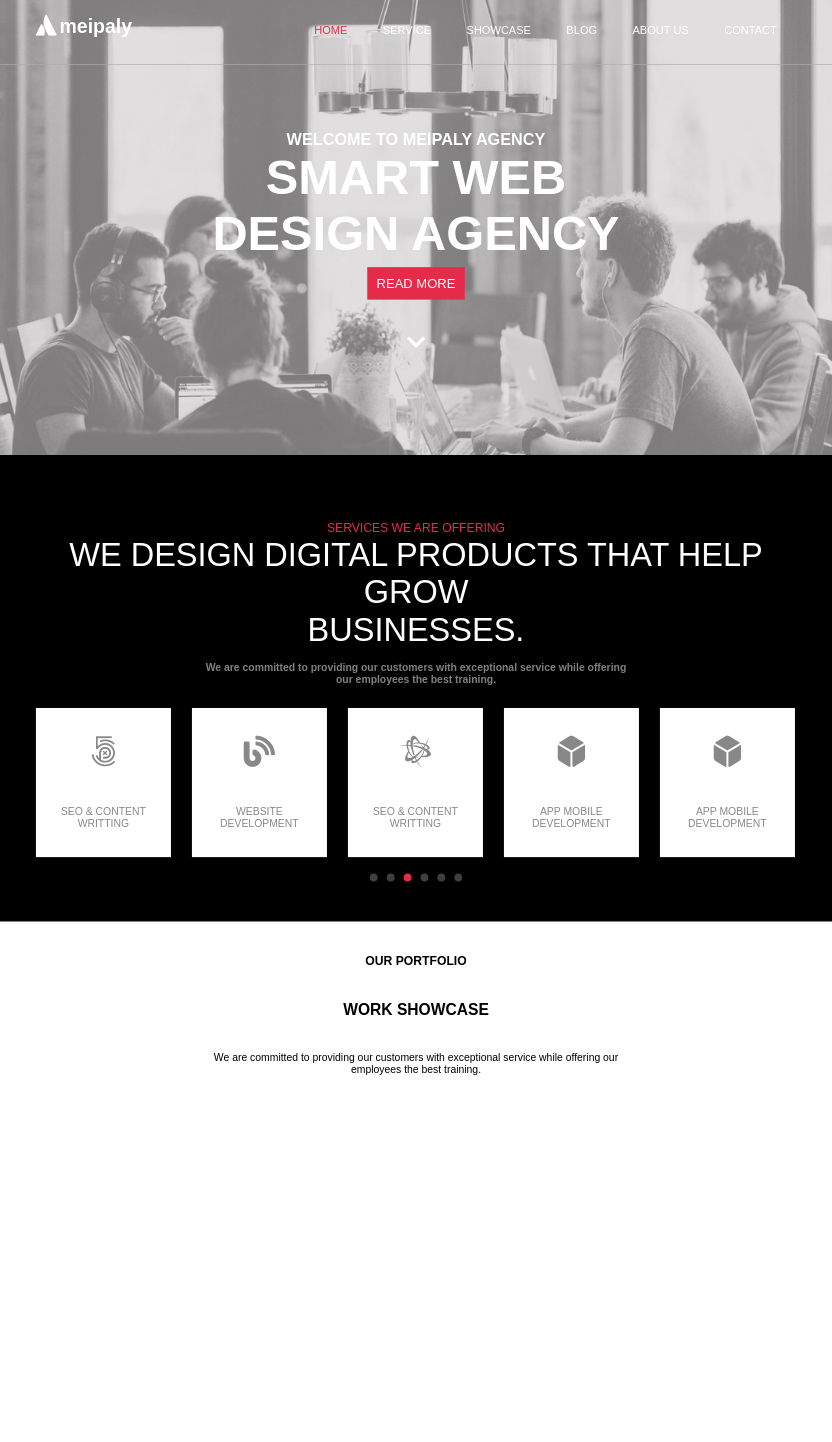
Repository: ToanNguyenThai/Meipaly
Page: index.html
The author's editor kept a copy of each file at every save. The page is drawn from the files as they stood at one save, then again after the next save.
The browser window is 1280 px wide. The pictures show the whole page, at 65% of full size.

Above is the page before, as saved 2021-12-11 00:30:34.

After the next save:
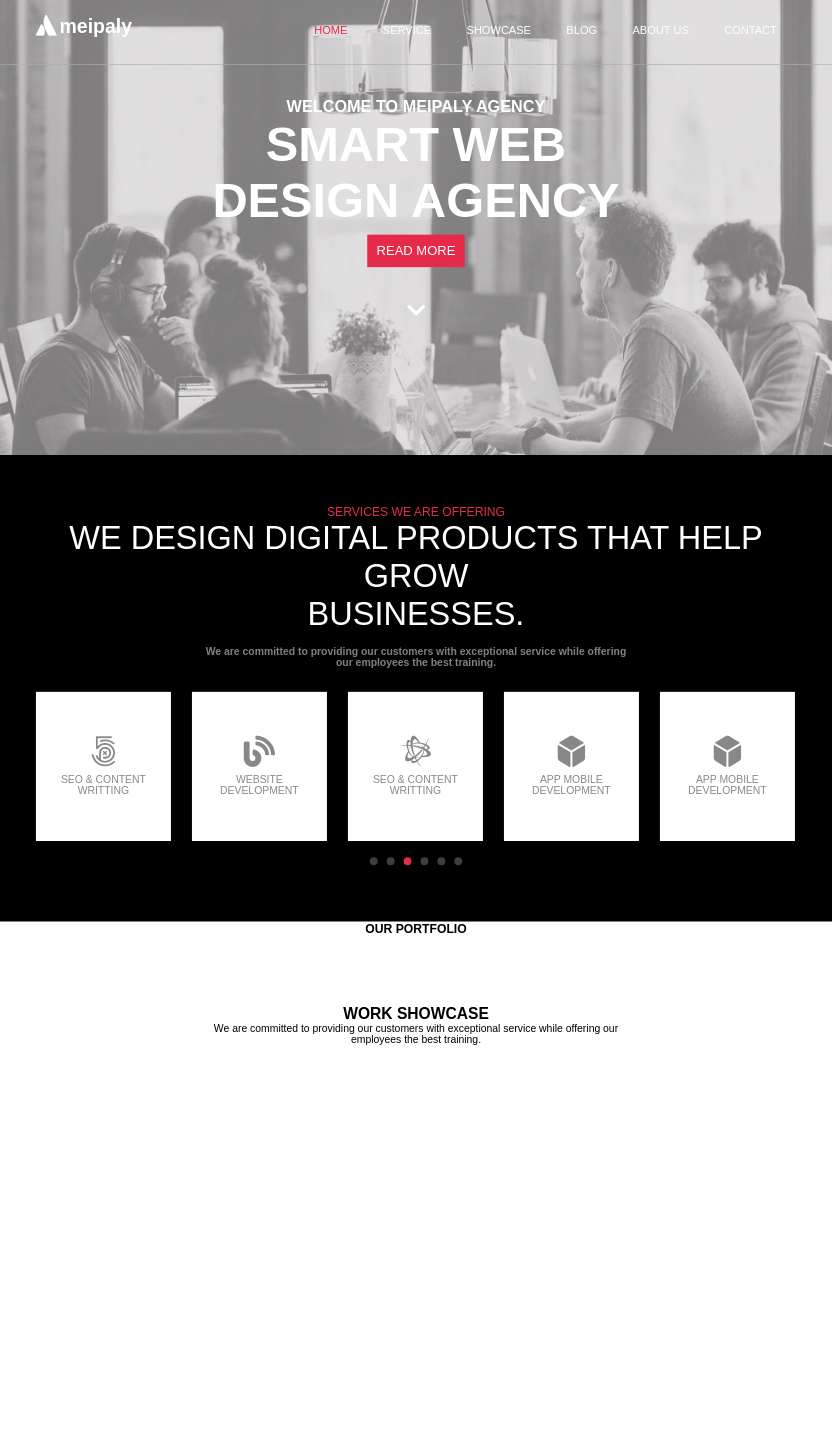
Saved 19 s later.
--- a/css/style.css
+++ b/css/style.css
@@ -192,5 +192,7 @@
 }
 .portfolio__content h1, h3, p {
     text-align: center;
-    margin-top: 50px;
 }
+.portfolio__content h1{
+    margin-top: 105px;
+}
